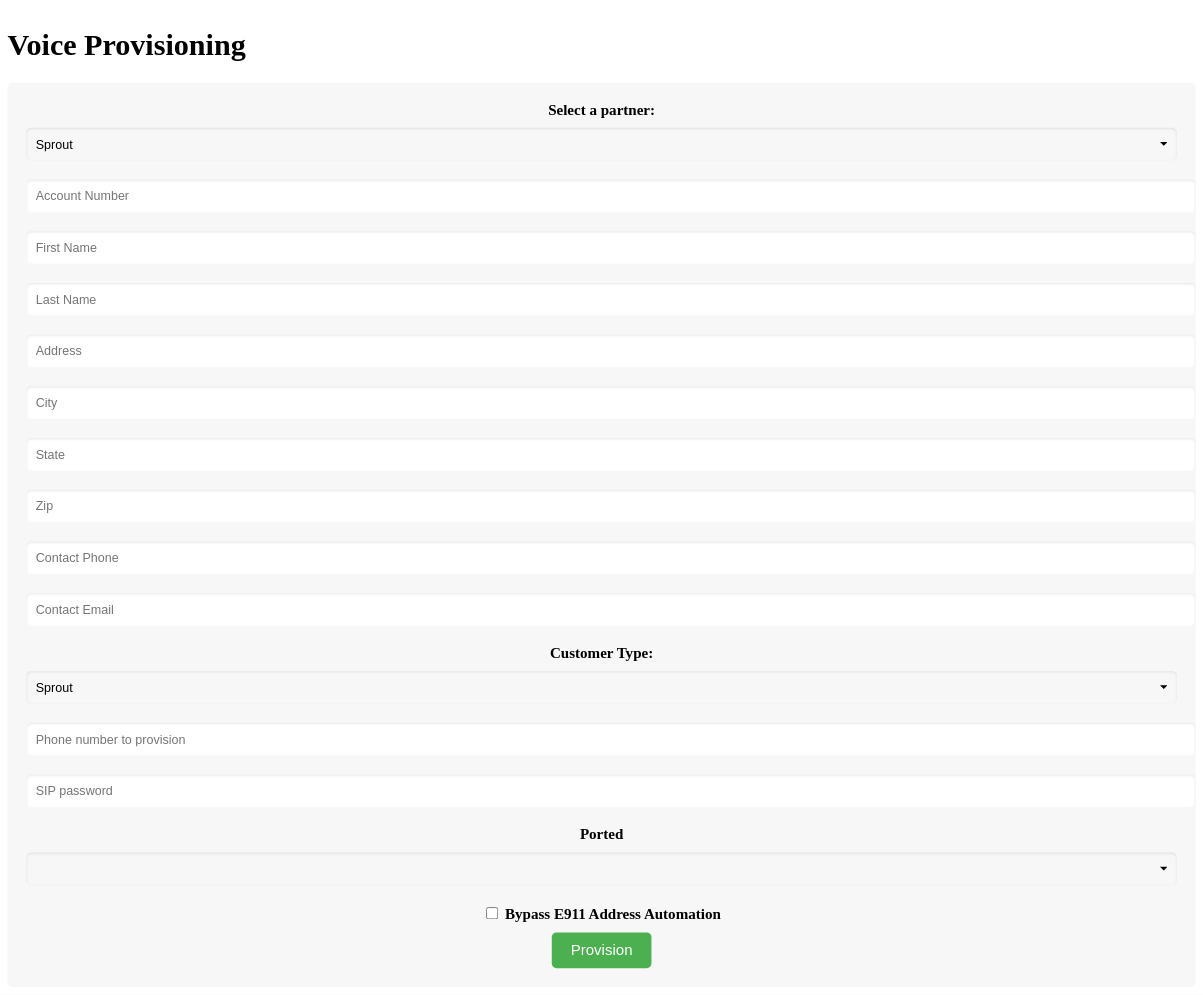
Repository: smallchungus/logiccom
Page: /
An editor plug-in stored every save of this project. The page is shown before and after the next save, followed by the edit.
The browser window is 1280 px wide. The pictures show the whole page, at 94% of full size.
The project was rebuilt for these pictures with package versions that can differ from the ones it lists, and the page was loaded fresh each time. Also part of the build but not shown: vite.config.ts.

Above is the page before, as saved 2023-05-04 11:25:27.

After the next save:
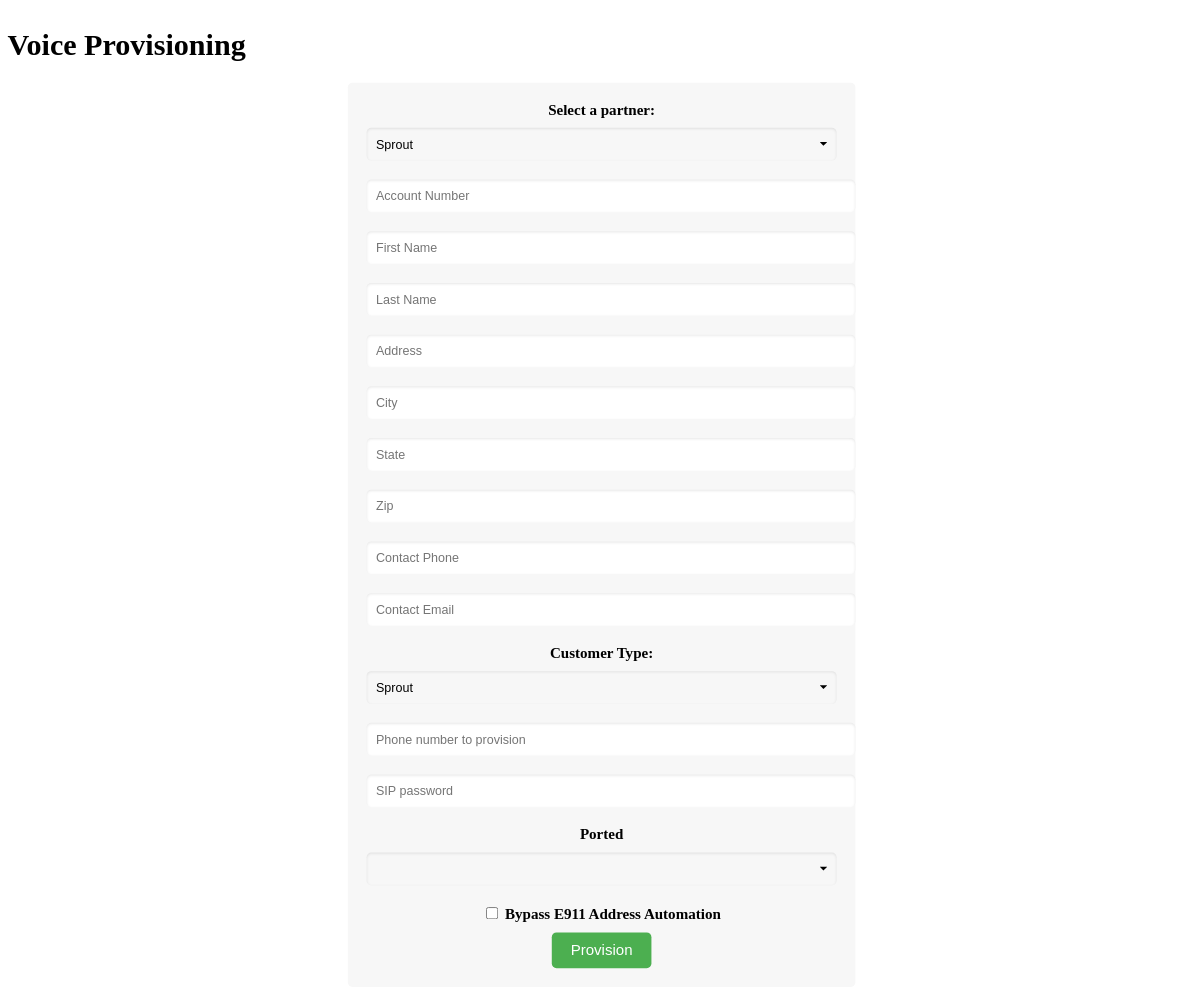
Saved 2 min 16 s later.
--- a/src/styles.css
+++ b/src/styles.css
@@ -6,6 +6,8 @@ body {
     background-color: #f7f7f7;
     border-radius: 5px;
     padding: 20px;
+    margin: 0 auto; /* set the left and right margin to "auto" to center the element horizontally */
+    max-width: 500px; /* set a maximum width to limit the width of the form */
   }
 
   label {
